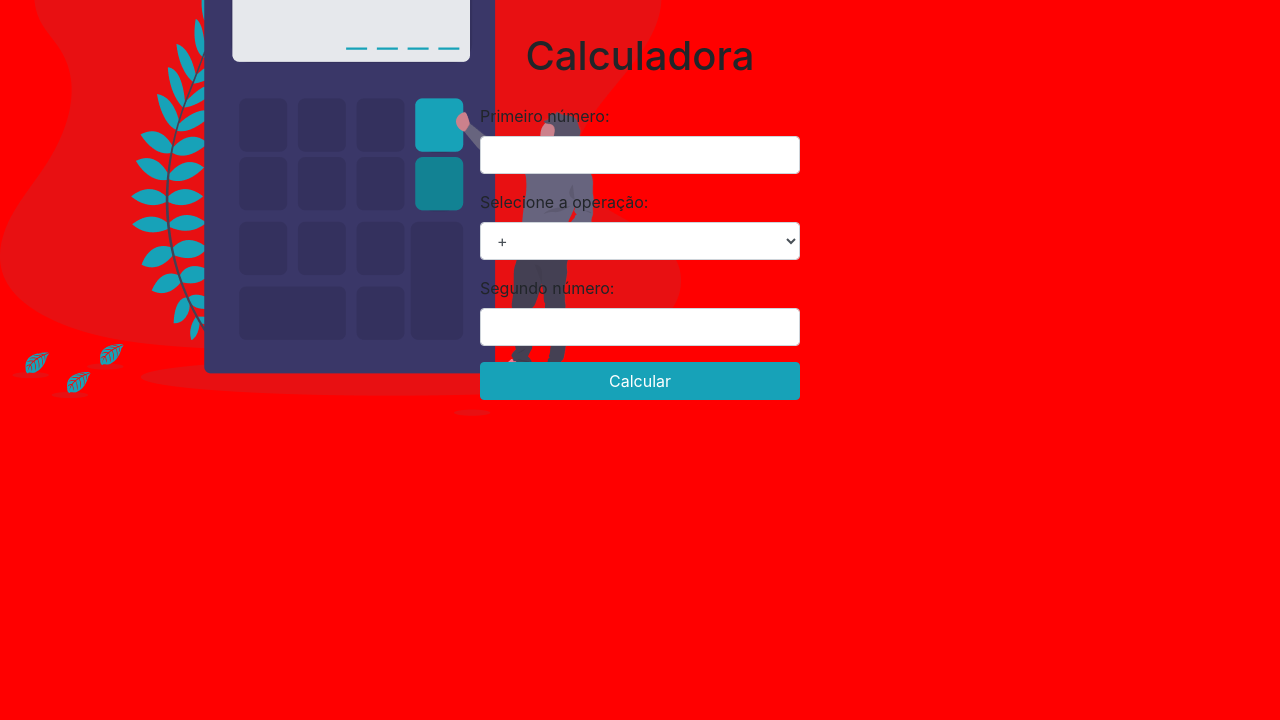
Repository: babirms/DAC
Page: Calculadora/WebContent/home.html
The author's editor kept a copy of each file at every save. The page is drawn from the files as they stood at one save, then again after the next save.
The browser window is 1280 px wide. The pictures show the whole page.

Above is the page before, as saved 2020-09-20 23:44:29.
Console error (its wording comes from the project's code and is left out).

### Calculadora/WebContent/home.html
<!DOCTYPE html>
<html>
<head>
<meta charset="ISO-8859-1">
<title>Calculadora - Página Inicial</title>
<link href="bootstrap/css/bootstrap.min.css" rel="stylesheet"
	type="text/css" />
<script type="text/javascript" src="bootstrap/js/bootstrap.min.js"></script>
<style>
body {
	background-image: url("bootstrap/images/home_bg.png");
	background-position: left bottom;
	background-repeat: no-repeat;
	background-color: red;
}
</style>
</head>
<body>
	<div class="d-flex flex-column align-items-center col-xs-8">
		<div class="container p-3" style="width: 352px;">
			<h1 class="p-3 text-center">Calculadora</h1>
			<form action="CalculadoraServlet" method="get">
				<div class="form-group">
					<label for="primeiroNum">Primeiro número: </label> <input
						type="number" class="form-control" name="primeiroValue"
						id="primeiroNum" required>
				</div>
				<div class="form-group">
					<label for="operacao">Selecione a operação: </label> <select
						class="form-control" id="operacao" name="operacao">
						<option value="+">+</option>
						<option value="-">-</option>
						<option value="x">x</option>
						<option value="/">/</option>
					</select>
				</div>
				<div class="form-group">
					<label for="segundoNum">Segundo número: </label> <input
						type="number" id="segundoNum" class="form-control"
						name="segundoValue" required>
				</div>
				<button class="btn btn-info btn-block" type="submit">Calcular</button>
			</form>
		</div>
	</div>
</body>
</html>

Loaded but not shown: Calculadora/WebContent/bootstrap/css/bootstrap.min.css (library); Calculadora/WebContent/bootstrap/js/bootstrap.min.js (library)

After the next save:
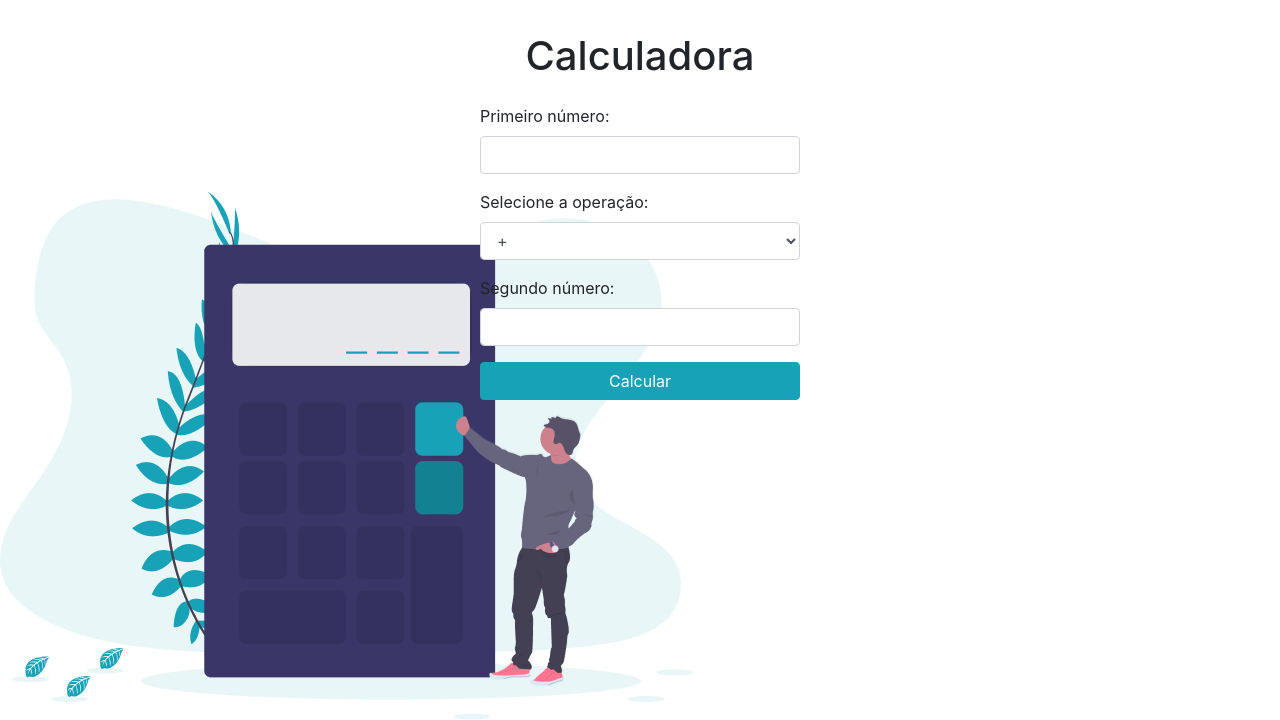
Saved 50 s later.
--- a/Calculadora/WebContent/home.html
+++ b/Calculadora/WebContent/home.html
@@ -11,7 +11,7 @@ body {
 	background-image: url("bootstrap/images/home_bg.png");
 	background-position: left bottom;
 	background-repeat: no-repeat;
-	background-color: red;
+	background-attachment: fixed;
 }
 </style>
 </head>
